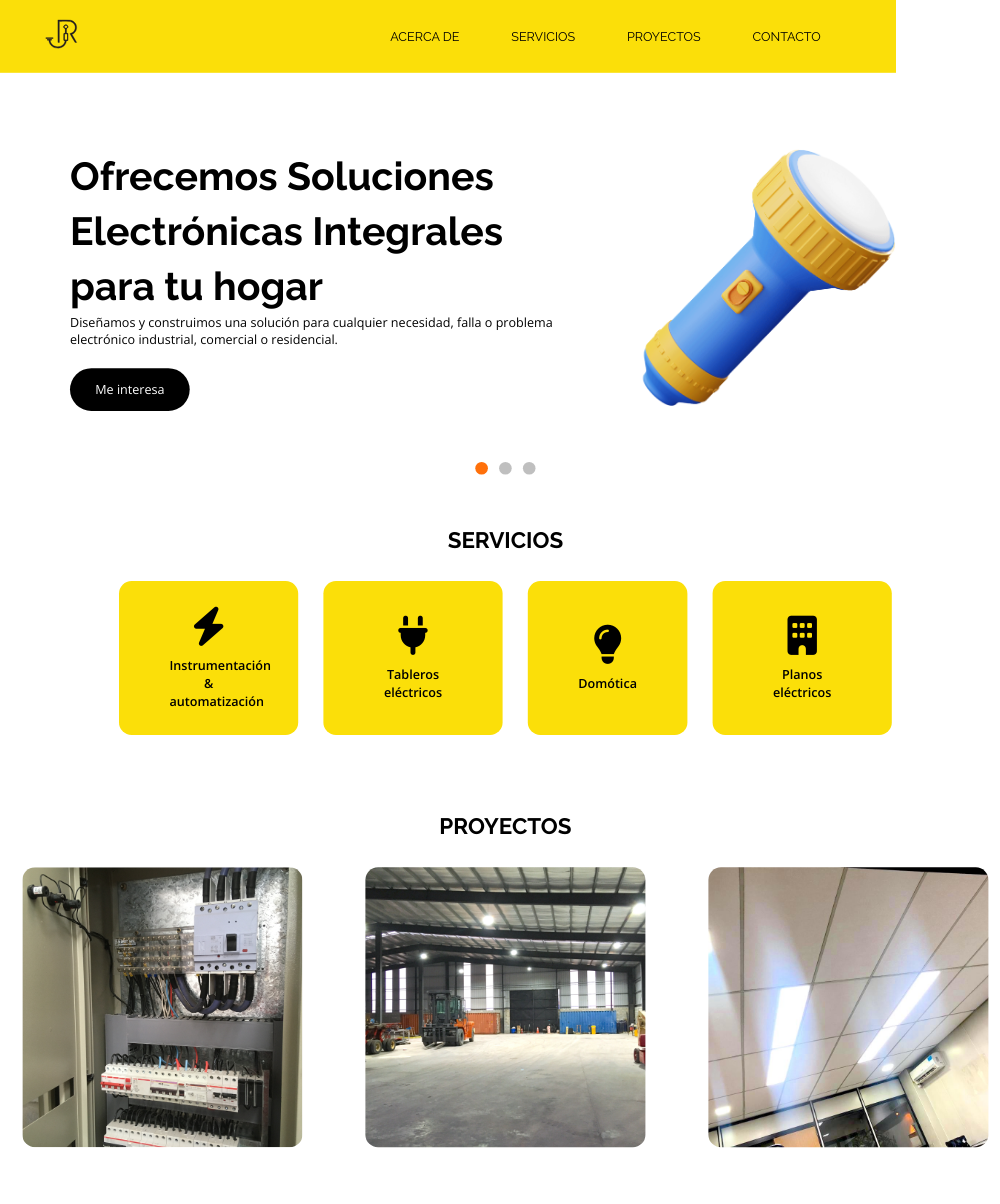
Repository: jeraldinnemg/rjelectronics
Page: index.html
The author's editor kept a copy of each file at every save. The page is drawn from the files as they stood at one save, then again after a run of saves.
The browser window is 1280 px wide. The page is 1428 px wide, then 1280 px, so the pictures cover 1428 px, including what lies to the right of the window. The pictures show the part of the page from y = 0 to 1720 px (the page is 2736 px tall before and 2633 px after), at 70% of full size.
Some web libraries are served in a nearby version.

Above is the page before, as saved 2022-07-27 21:22:14.

After the next 2 saves:
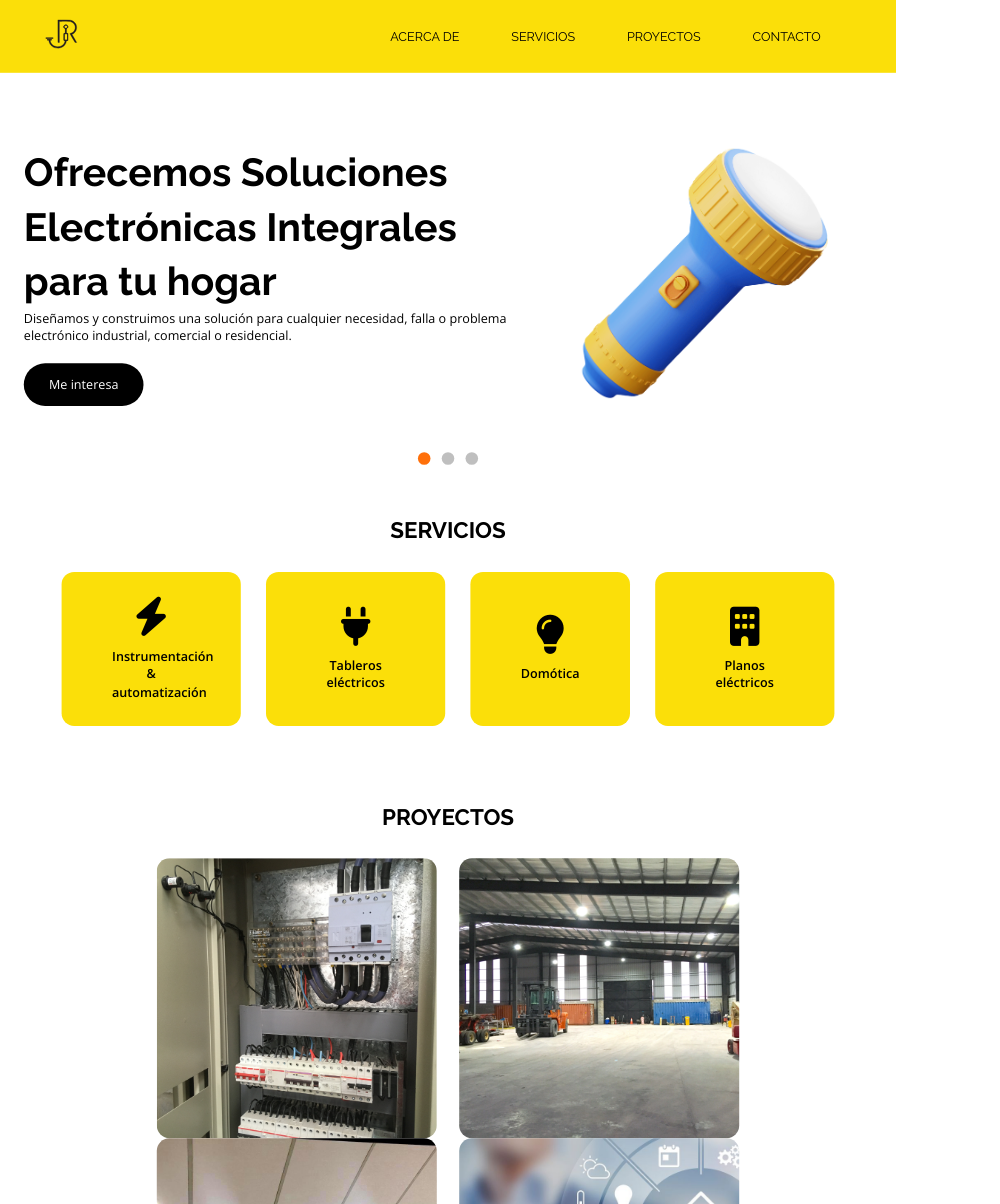
The 2 saves are shown as one change because they came seconds apart.
The last was saved 12 s later.
--- a/index.css
+++ b/index.css
@@ -499,20 +499,20 @@ footer div:first-child{
     }
 
     .projects-container{
-        grid-template-columns: repeat(3, 1fr);
-        gap: 5em;
-    }
-
-
-
-
-
-
-
-
-
-
-
-
-
-}
+        grid-template-columns: repeat(2, 1fr);
+
+    }
+
+
+
+
+
+
+
+
+
+
+
+
+
+}
